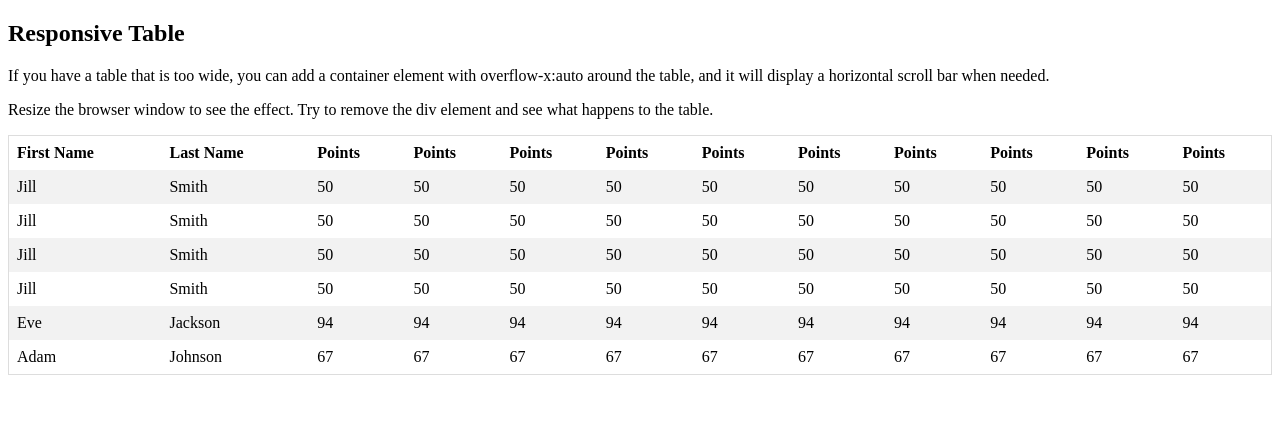
Repository: manjuladevadoss/DemoProject
Page: Eclipseworkspace/BootstrapPro/tableExp2.html
These files come from the project's save history. The page is drawn as it stood at one moment and after the next save; the edit follows.
The browser window is 1280 px wide. The pictures show the whole page.

Above is the page before, as saved 2019-02-19 07:58:22.

After the next save:
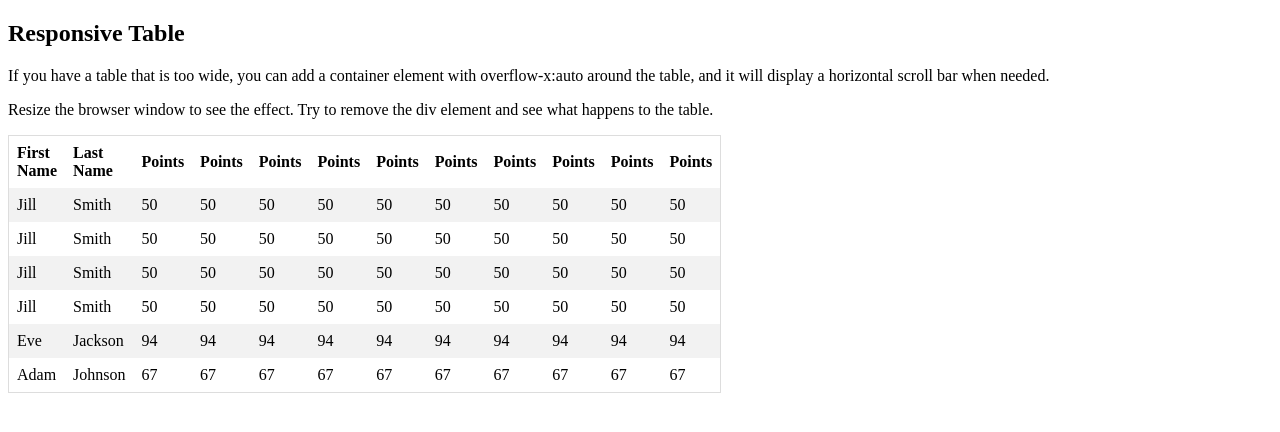
Saved 2 min 23 s later.
--- a/Eclipseworkspace/BootstrapPro/tableExp2.html
+++ b/Eclipseworkspace/BootstrapPro/tableExp2.html
@@ -6,7 +6,7 @@
 table {
   border-collapse: collapse;
   border-spacing: 0;
-  width: 100%;
+  width: 50%;
   border: 1px solid #ddd;
 }
 
